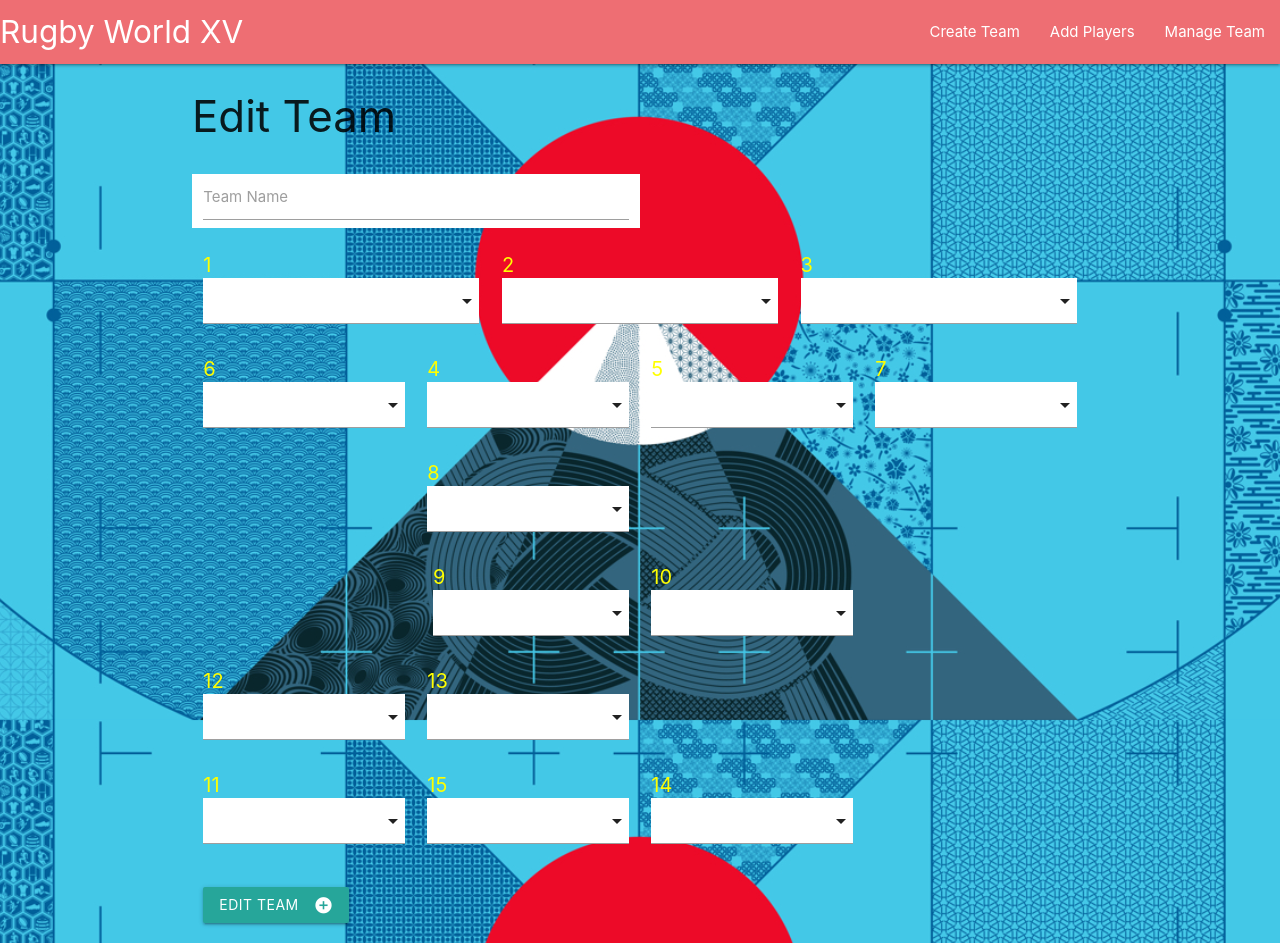
Repository: StephenWhittington/rugby-world-xv
Page: templates/editteam.html
The author's editor kept a record of every edit. The page is drawn from the files as they stood at one moment, then again after the next edit.
The browser window is 1280 px wide. The pictures show the whole page.
Backgrounds fixed to the window are drawn as part of the page. The page is served by the project's application, run on Flask 3 (app.py). The template is opened directly, without the code that normally fills it, so the values that code supplies are empty.

Above is the page before.

After the next edit:
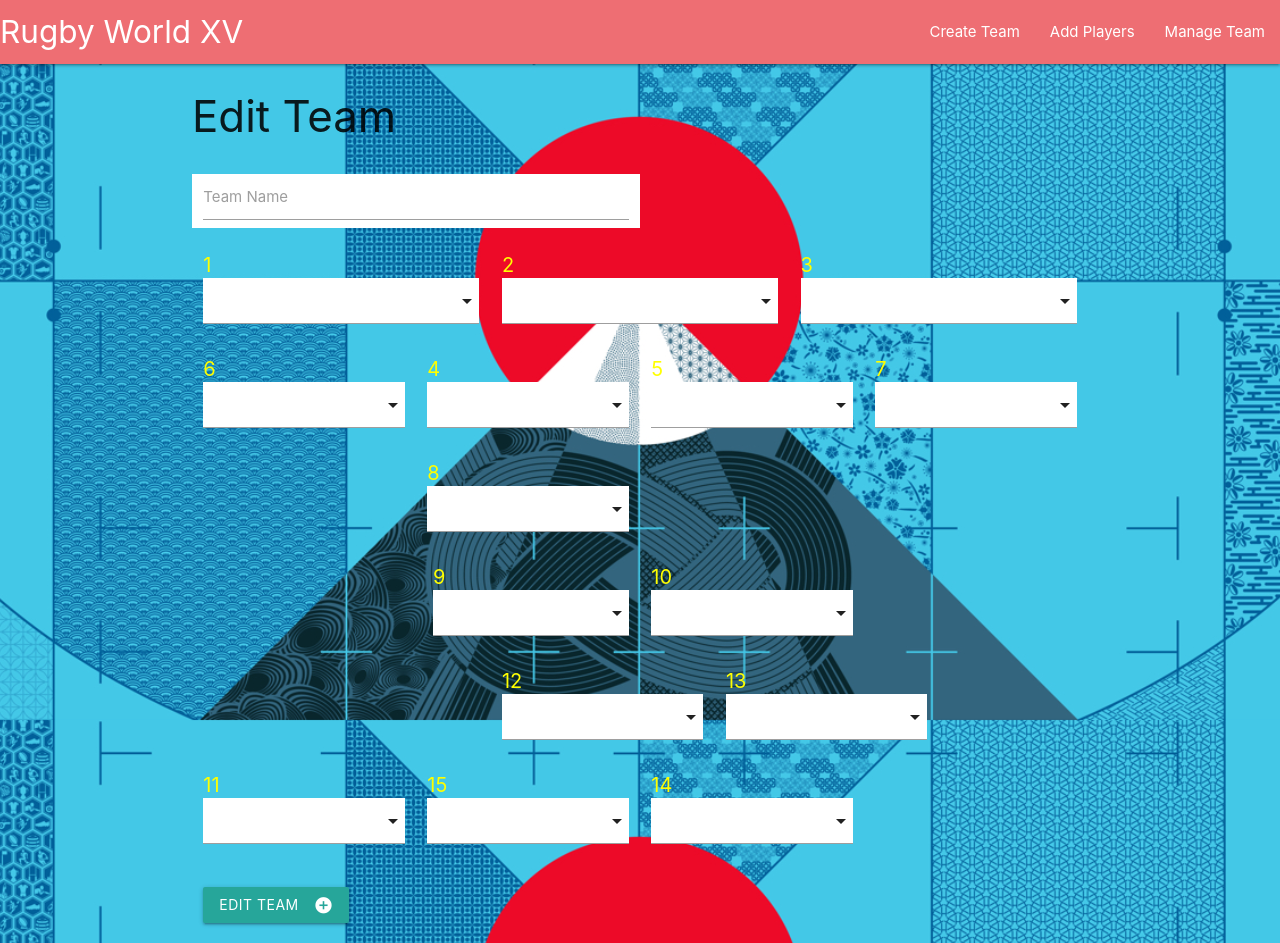
The edit:
--- a/templates/editteam.html
+++ b/templates/editteam.html
@@ -129,7 +129,7 @@
             </div>
         </div>
         <div class="row">
-            <div class="input-field col s3">
+            <div class="input-field col s3 offset-s4">
                 <select id="inside_centre" name="inside_centre">
                     <option value="{{team.inside_centre}}">{{team.inside_centre}}</option>
                     {% for plyr in eleventh_players_collection %}
